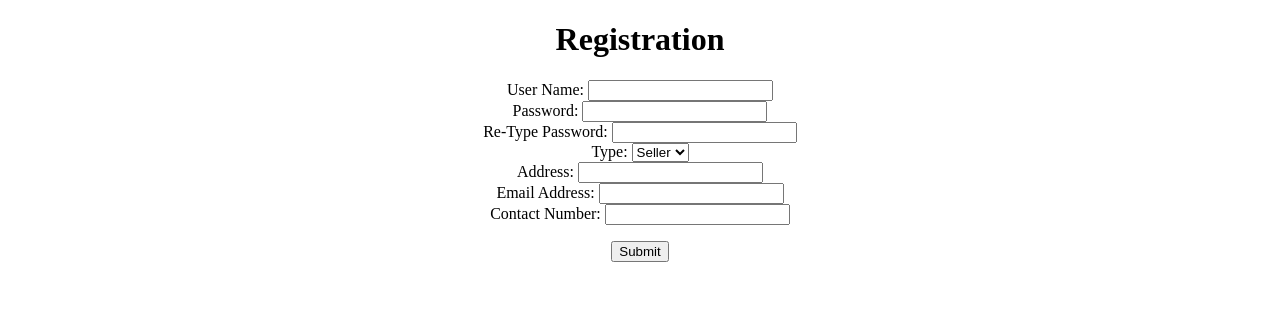
Repository: HariharanMiracle/CodeComplexity
Page: http://localhost/Paf_assignment/Register.jsp
An editor plug-in stored every save of this project. The page is shown before and after the next save, followed by the edit.
The browser window is 1280 px wide. The pictures show the whole page.
The page is served by Tomcat 9. Other server files are loaded and not shown.

Above is the page before, as saved 2019-04-29 19:54:51.

### Paf_assignment/WebContent/Register.jsp
<%@ page language="java" contentType="text/html; charset=ISO-8859-1"
    pageEncoding="ISO-8859-1"%>
<!DOCTYPE html>
<html>
<head>
<meta charset="ISO-8859-1">
<title>Insert title here</title>
</head>
<body>


				<!-- Main Content -->
				<form style = "text-align: center" action="paf/member/Register" method="POST" onsubmit="return validate()">
					<h1>Registration</h1>
					<label>User Name:</label> <input type="text" name="username" id = "username" required/><br/>
					<label>Password:</label> <input type="password" name="password" id = "pw" required/><br/>
					<label>Re-Type Password:</label> <input type="password" name="rpassword" id = "cpw" required/><br/>
					<label>Type:</label>
					<select name = "type">
					  <option value="Seller">Seller</option>
					  <option value="Buyer">Buyer</option>
					</select><br/>
					<label>Address:</label> <input type="text" name="address" id="address" required/><br/>
					<label>Email Address:</label> <input type="email" name="mailAddress" required/><br/>
					<label>Contact Number:</label> <input type="text" name="contactNumber"  id="contactNumber" required/><br/>
					<p id = "gg"></p>
					<input type="submit" value="Submit"/>
					<p id="myText"></p>


				</form>

<script type="text/javascript">
			function validate(){
				var pw =  document.getElementById("pw").value;
				var cpw =  document.getElementById("cpw").value;
				var username =  document.getElementById("username").value;
				var contactNumber =  document.getElementById("contactNumber").value;
				var address =  document.getElementById("address").value;
				var letters = /^[A-Za-z]+$/;
				var numeric = /^[0-9]+$/;
				var alphaNumeric = /^[0-9a-zA-Z]+$/;
				if(pw == cpw){
					return true;
				}
				else{
					alert("ddfd");
					document.getElementById("myText").innerHTML = "Johnny Bravo";
					return false;
				}
			}



</script>
</body>
</html>

After the next save:
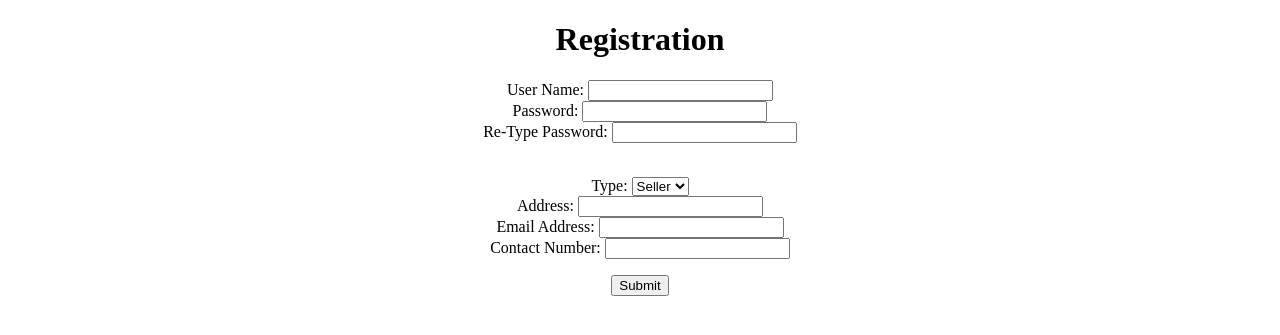
Saved 26 min 37 s later.
--- a/Paf_assignment/WebContent/Register.jsp
+++ b/Paf_assignment/WebContent/Register.jsp
@@ -14,7 +14,7 @@
 					<h1>Registration</h1>
 					<label>User Name:</label> <input type="text" name="username" id = "username" required/><br/>
 					<label>Password:</label> <input type="password" name="password" id = "pw" required/><br/>
-					<label>Re-Type Password:</label> <input type="password" name="rpassword" id = "cpw" required/><br/>
+					<label>Re-Type Password:</label> <input type="password" name="rpassword" id = "cpw" required/><p id="password"></p><br/>
 					<label>Type:</label>
 					<select name = "type">
 					  <option value="Seller">Seller</option>
@@ -25,7 +25,6 @@
 					<label>Contact Number:</label> <input type="text" name="contactNumber"  id="contactNumber" required/><br/>
 					<p id = "gg"></p>
 					<input type="submit" value="Submit"/>
-					<p id="myText"></p>
 
 
 				</form>
@@ -44,8 +43,7 @@
 					return true;
 				}
 				else{
-					alert("ddfd");
-					document.getElementById("myText").innerHTML = "Johnny Bravo";
+					document.getElementById("password").innerHTML = "Re-type password again!!!";
 					return false;
 				}
 			}
